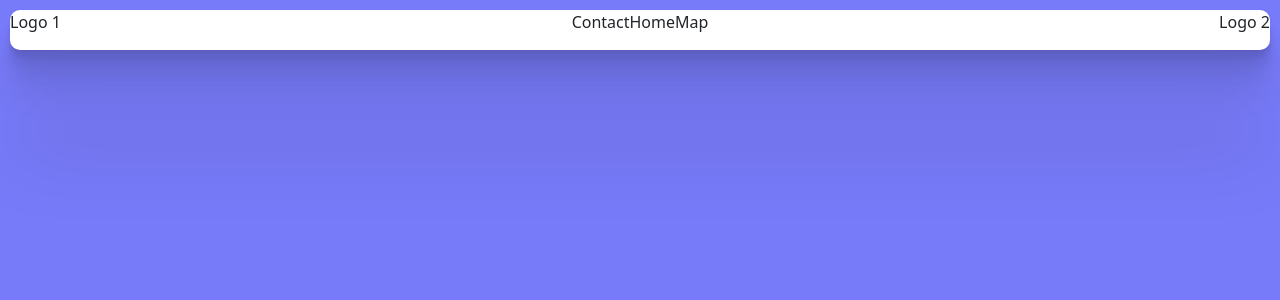
Repository: abhi-sharma27/courier
Page: index.html
An editor plug-in stored every save of this project. The page is shown before and after the next save, followed by the edit.
The browser window is 1280 px wide. The pictures show the whole page.

Above is the page before, as saved 2021-03-20 15:20:25.

After the next save:
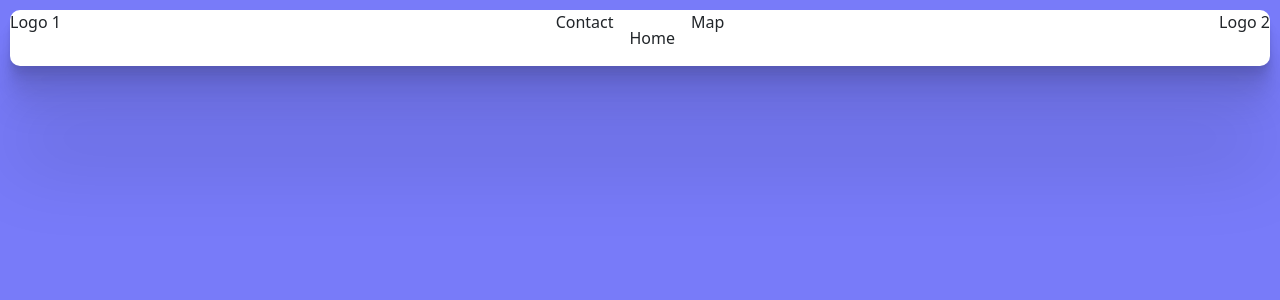
Saved 5 min 5 s later.
--- a/index.html
+++ b/index.html
@@ -11,8 +11,8 @@
       <nav class="d-flex justify-content-between">
         <div>Logo 1</div>
         <div class="d-flex">
-          <p class="mr-3">Contact</p>
-          <p class="mr-3">Home</p>
+          <p>Contact</p>
+          <p class="m-3">Home</p>
           <p>Map</p>
         </div>
         <div>Logo 2</div>
